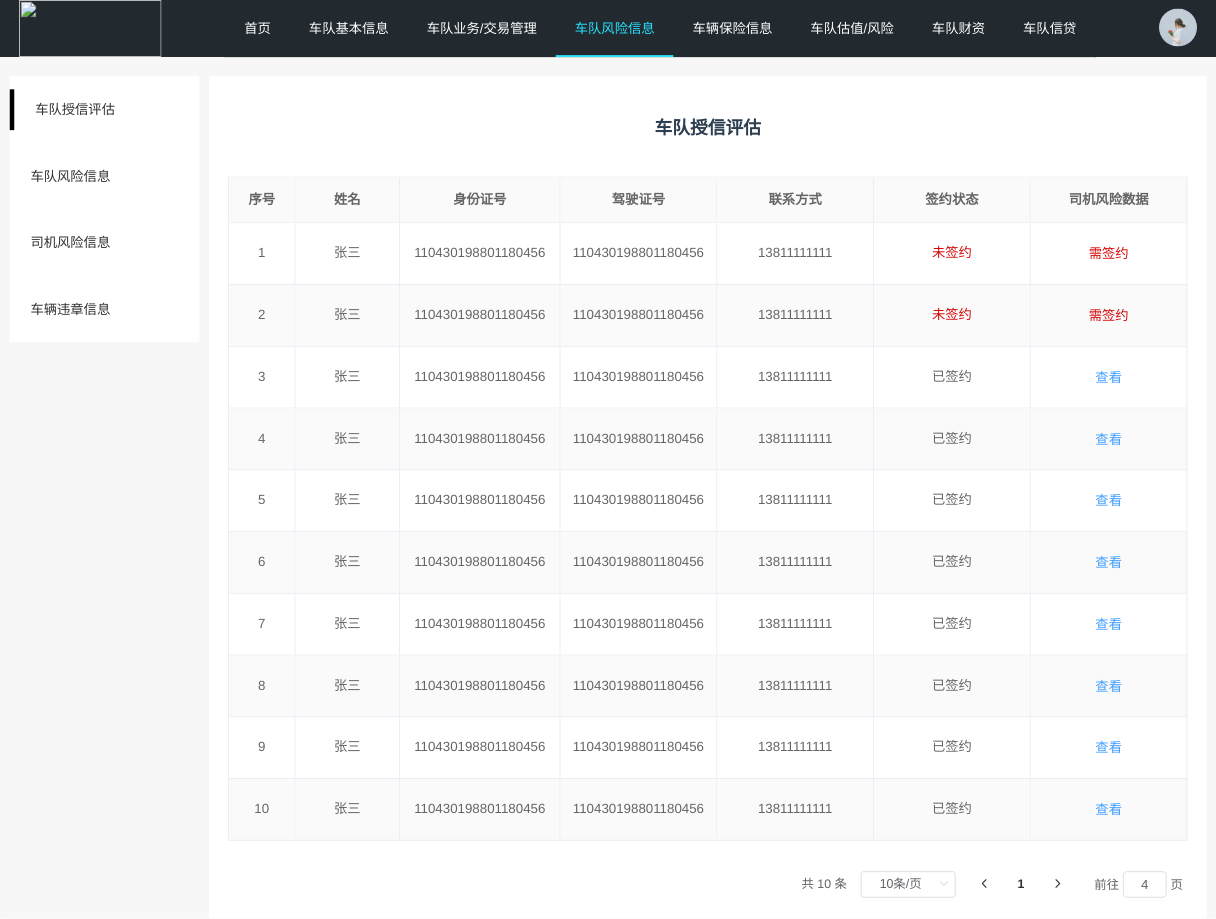
Repository: TheWomanLiketheWind/woodpecker
Page: /
The author's editor kept a copy of each file at every save. The page is drawn from the files as they stood at one save, then again after the next save.
The browser window is 1280 px wide. The pictures show the whole page, at 95% of full size.
The project was rebuilt for these pictures with package versions that can differ from the ones it lists, and the page was loaded fresh each time. Also part of the build but not shown: src/views/menuThird.vue.

Above is the page before, as saved 2019-07-26 10:15:49.

After the next save:
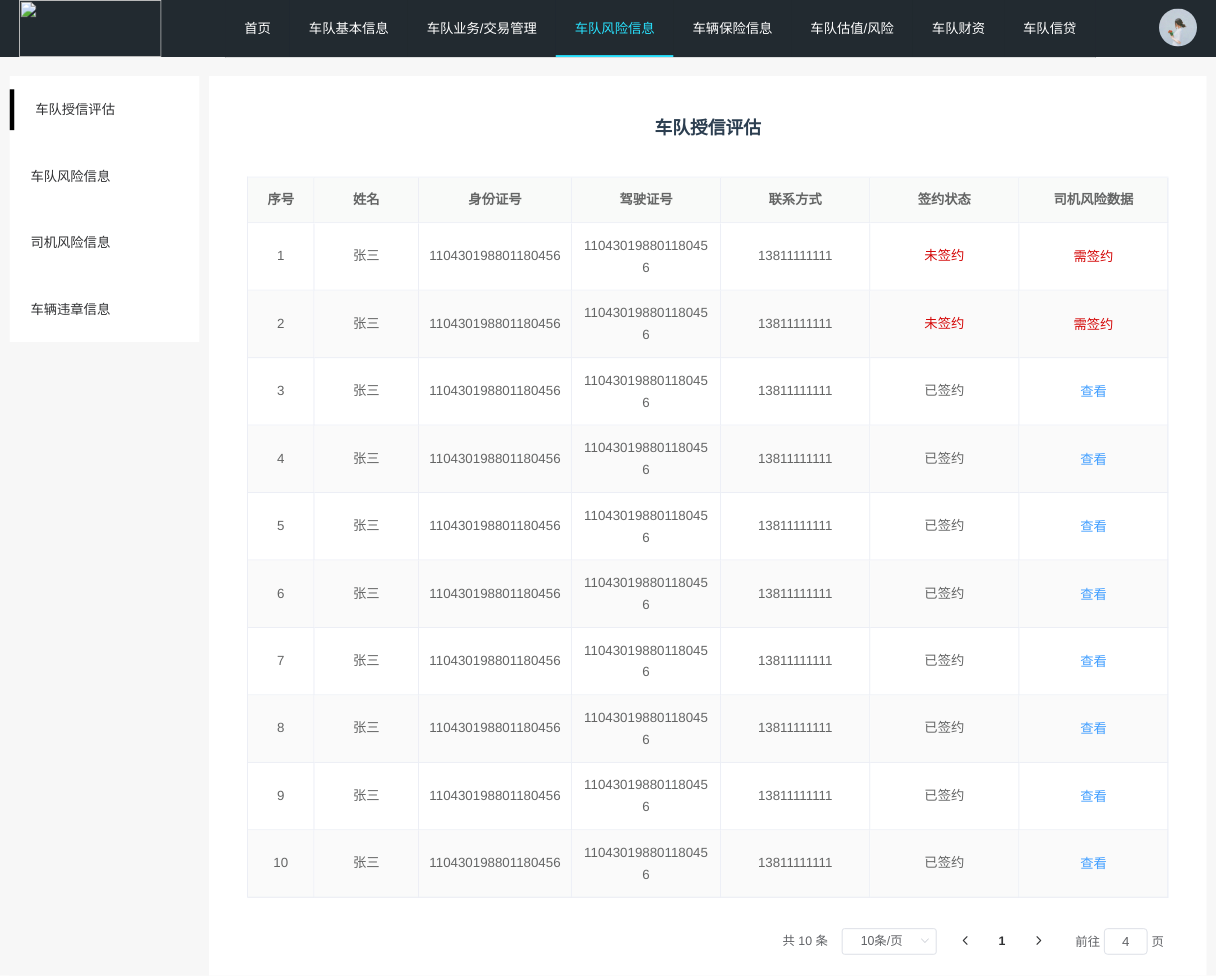
Saved 2 min 13 s later.
--- a/src/App.vue
+++ b/src/App.vue
@@ -28,6 +28,9 @@
     }
     .el-menu {
       border-right: 0;
+    }
+    .el-main {
+      padding: 20px 40px;
     }
     .el-menu-item:focus,
     .el-menu-item:hover {
